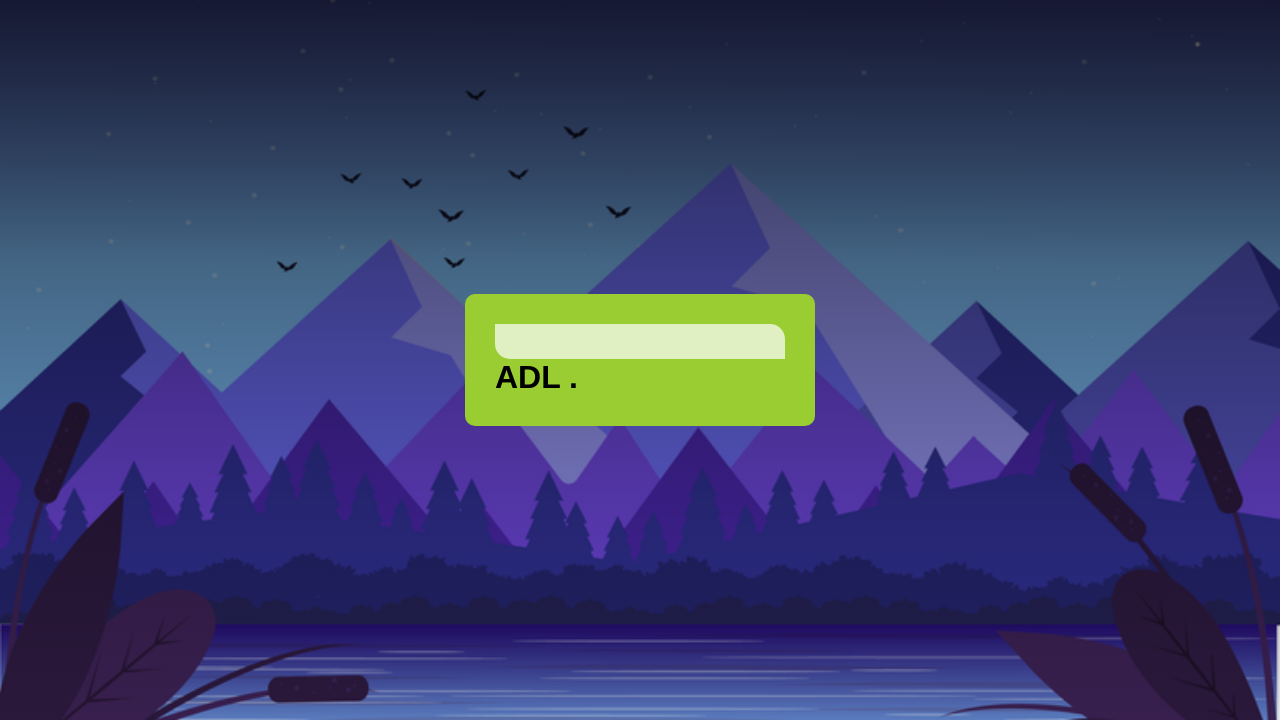
Repository: andrewhuynh561/weather-app-1
Page: index.html
These files come from the project's save history. The page is drawn as it stood at one moment and after the next save; the edit follows.
The browser window is 1280 px wide. The pictures show the whole page.

Above is the page before, as saved 2022-12-08 20:48:34.

### index.html
<!DOCTYPE html>
<html lang="en">
<head>
    <meta charset="UTF-8">
    <meta http-equiv="X-UA-Compatible" content="IE=edge">
    <meta name="viewport" content="width=device-width, initial-scale=1.0">
    <title>Weather app</title>
    <link
     rel="stylesheet"
     href="https://cdnjs.cloudflare.com/ajax/libs/font-awesome/6.0.0-beta2/css/all.min.css"
     integrity="sha512-YWzhKL2whUzgiheMoBFwW8CKV4qpHQAEuvilg9FAn5VJUDwKZZxkJNuGM4XkWuk94WCrrwslk8yWNGmY1EduTA=="
     crossorigin="anonymous"
     referrerpolicy="no-referrer">
    <link rel="stylesheet" href="style.css">
</head>
<body>
    <div id="weather">
        <input type="text" class="search">
        <div class="content">
            <h1 class="capital">
                <span class="city">ADL</span>
                <span>.</span>
                <span class="country"></span>
            </h1>
        </div>
    </div>

</body>
</html>

### style.css
*{
    margin: 0;
    padding: 0;
    box-sizing: border-box;
}
body{
    font-family: sans-serif;
    height: 100vh;
    display: flex;
    justify-content: center;
    align-items: center;
    background: linear-gradient(to bottom, rgba(0,0,0,0.7),rgba(0,0,0,0.1)),url(./image/222.png)  no-repeat center/cover;
}

#weather{
    width: 350px;
    border-radius:10px ;
    padding: 30px 30px;
    background: yellowgreen;
}

.search{
    width: 100%;
    padding: 10px 20px;
    border: none;
    outline: none;
    background: rgba(255,255,255,0.7);
    border-radius: 0 15px 0 15px;
}

After the next save:
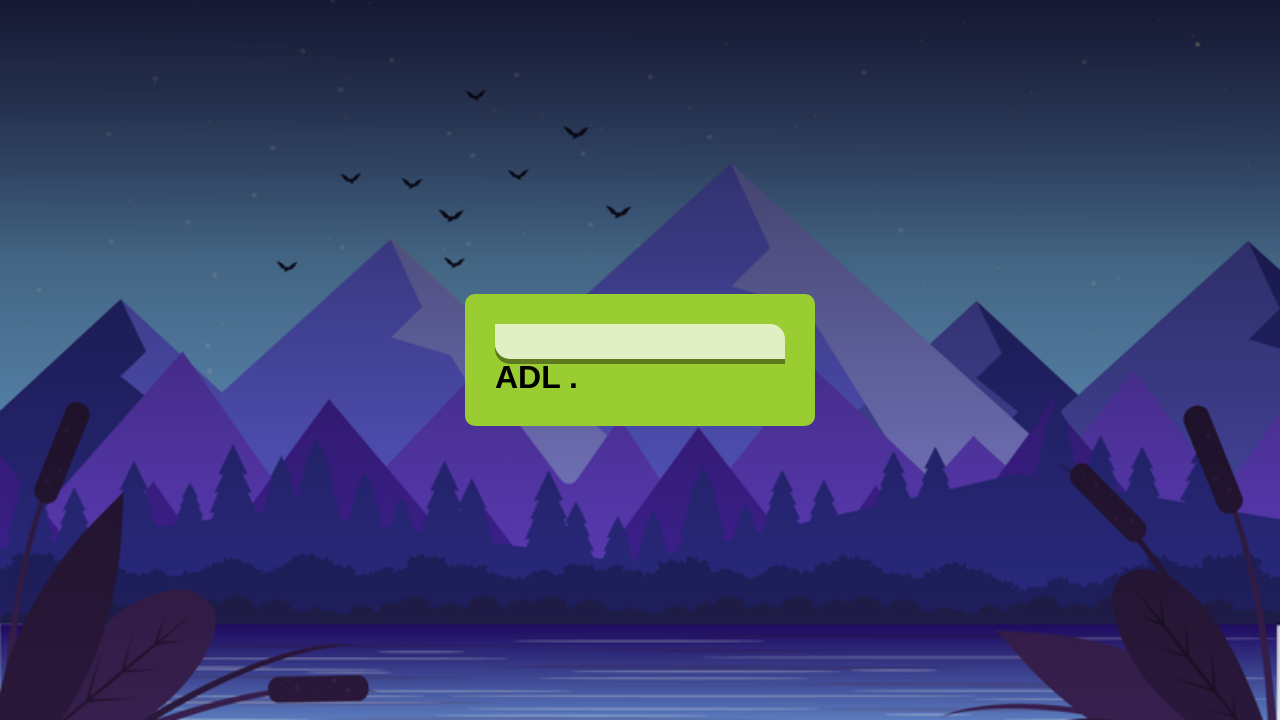
Saved 36 s later.
--- a/style.css
+++ b/style.css
@@ -26,4 +26,5 @@ body{
     outline: none;
     background: rgba(255,255,255,0.7);
     border-radius: 0 15px 0 15px;
+    box-shadow:0 5px rgba(0,0,0,0.4);
 }
